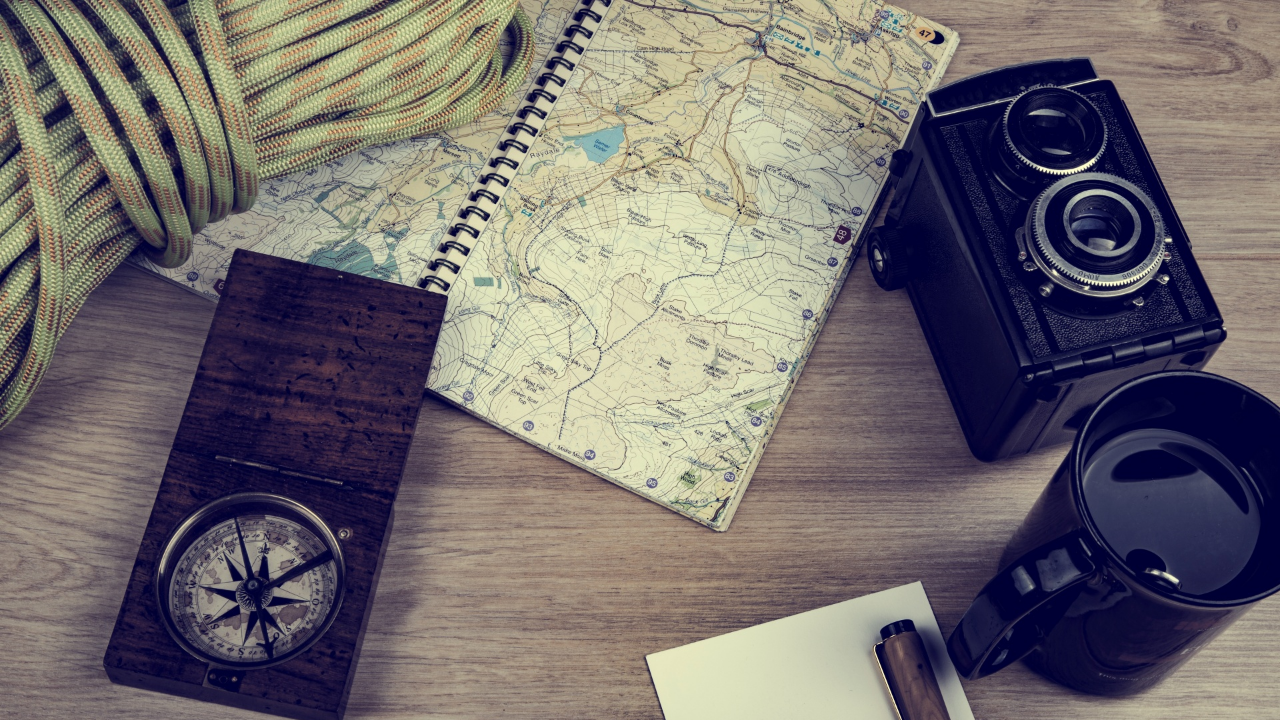
Repository: minkyung0421/jsp_travel_project
Page: http://localhost/Travel_Project/loginForm.jsp
These files come from the project's save history. The page is drawn as it stood at one moment and after the next save; the edit follows.
The browser window is 1280 px wide. The pictures show the whole page.
The page is served by Tomcat 9.

Above is the page before, as saved 2018-08-20 01:33:41.

After the next save:
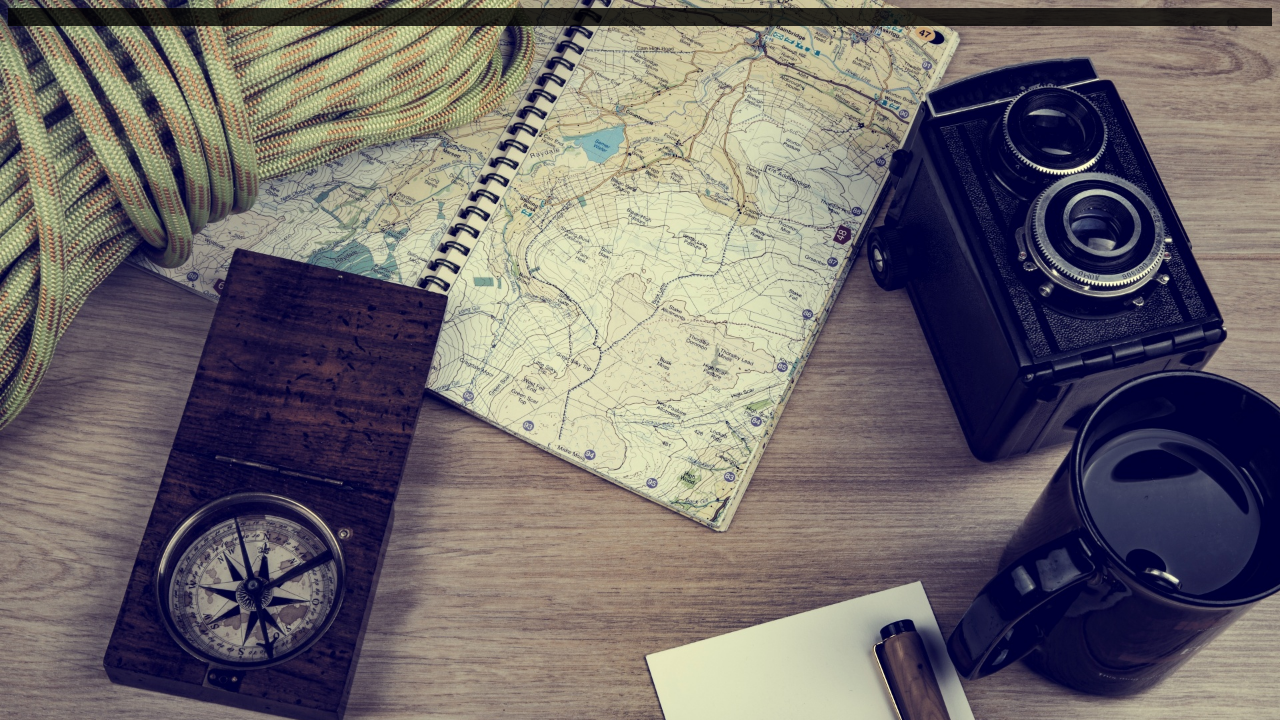
Saved 13 s later.
--- a/jsp_travel_project/Travel_Project/WebContent/loginForm.jsp
+++ b/jsp_travel_project/Travel_Project/WebContent/loginForm.jsp
@@ -16,7 +16,7 @@
 <body>
 	<center>
 		<div width = "400" height = "400" style = "background-color: black; opacity: 0.8;">
-
+		asdklasdjaskldjlasjd
 		</div>
 	</center>
 </body>
